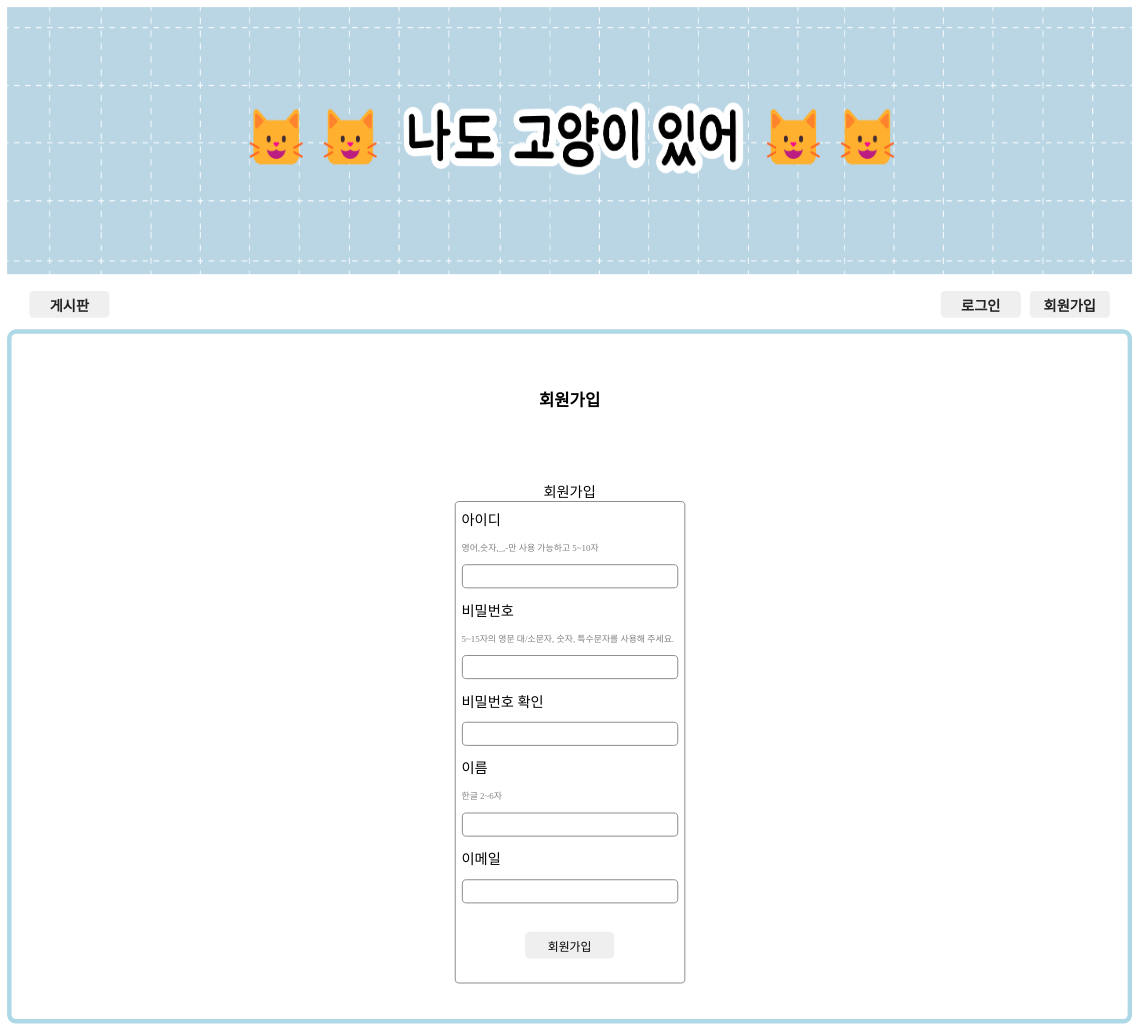
Repository: hh7711/Goit
Page: http://localhost/Goit/WEB-INF/views/signUpPage.jsp
These files come from the project's save history. The page is drawn as it stood at one moment and after the next save; the edit follows.
The browser window is 1280 px wide. The pictures show the whole page, at 89% of full size.
Some web fonts or font styles are not loaded; a fallback is used. The page is served by Tomcat 9. Nobody is signed in. The template is opened directly, without the code that normally fills it, so the values that code supplies are empty.

Above is the page before, as saved 2023-08-03 07:12:02.

After the next save:
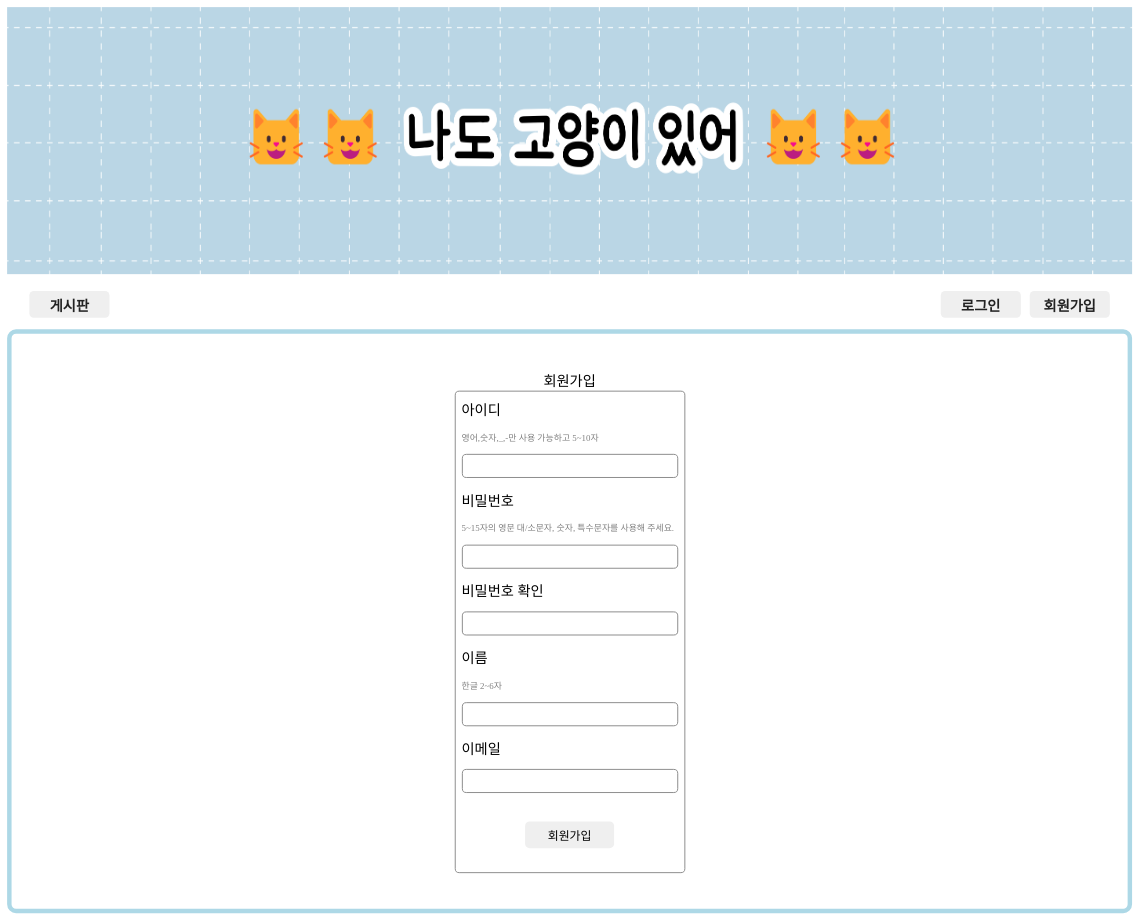
Saved 9 s later.
--- a/Goit/src/main/webapp/WEB-INF/views/signUpPage.jsp
+++ b/Goit/src/main/webapp/WEB-INF/views/signUpPage.jsp
@@ -101,9 +101,6 @@
 	<div id="main1">
 		<div id="main2">
 			<div><!-- 본문 -->
-				<div style="text-align: center; padding: 20px; margin-top: 20px;">
-					<h3>회원가입<h3>
-				</div>
 				<form method="post" action="signUp" name="signup">
 					<table>
 						<caption>회원가입</caption>
